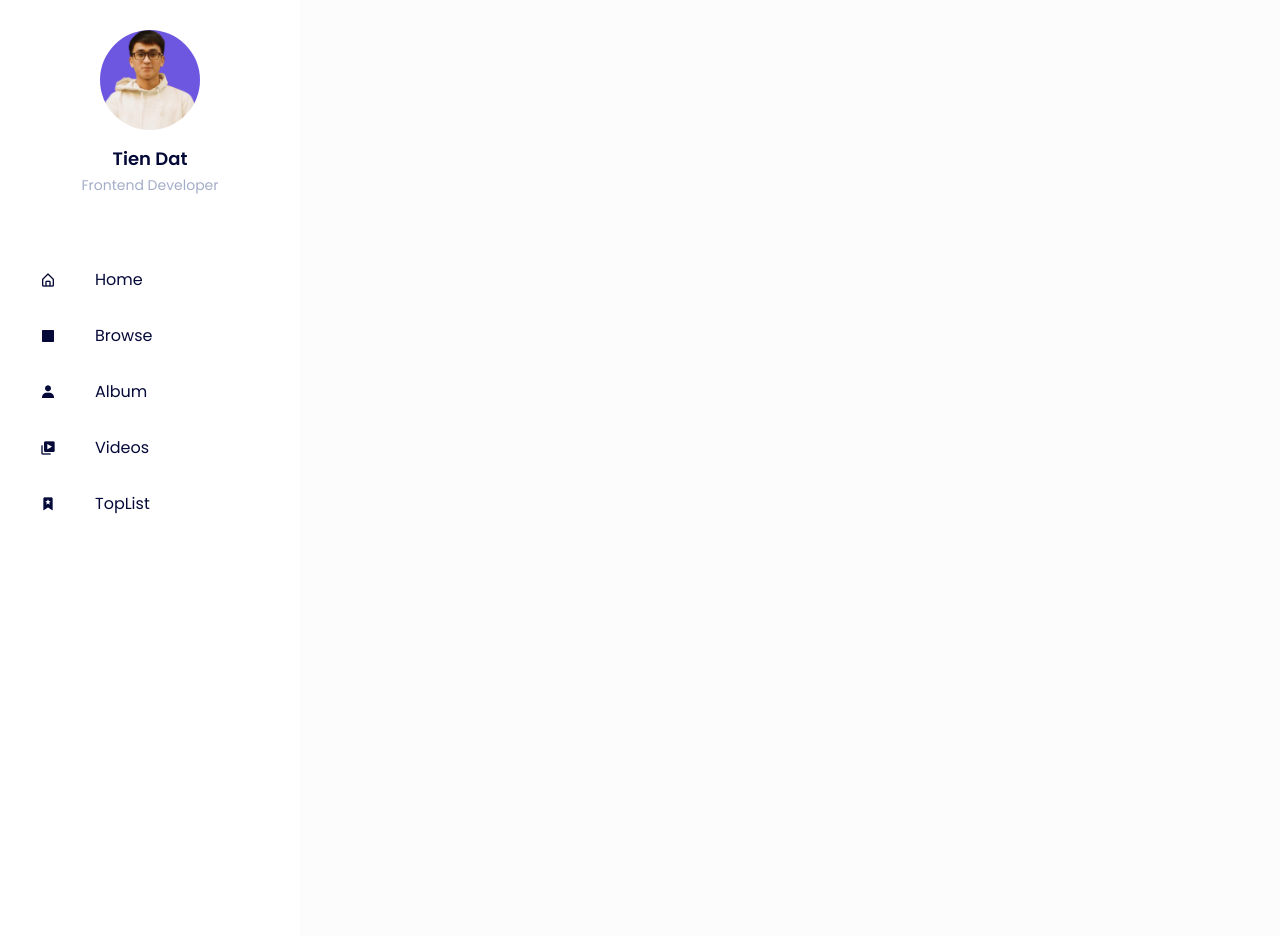
Repository: Datt21/music-webapp
Page: index.html
The author's editor kept a copy of each file at every save. The page is drawn from the files as they stood at one save, then again after the next save.
The browser window is 1280 px wide. The pictures show the whole page.
The style sheet was rebuilt from its Sass, Less or Tailwind sources for each picture, by a compiler version that may differ from the author's.

Above is the page before, as saved 2021-09-05 05:00:20.

After the next save:
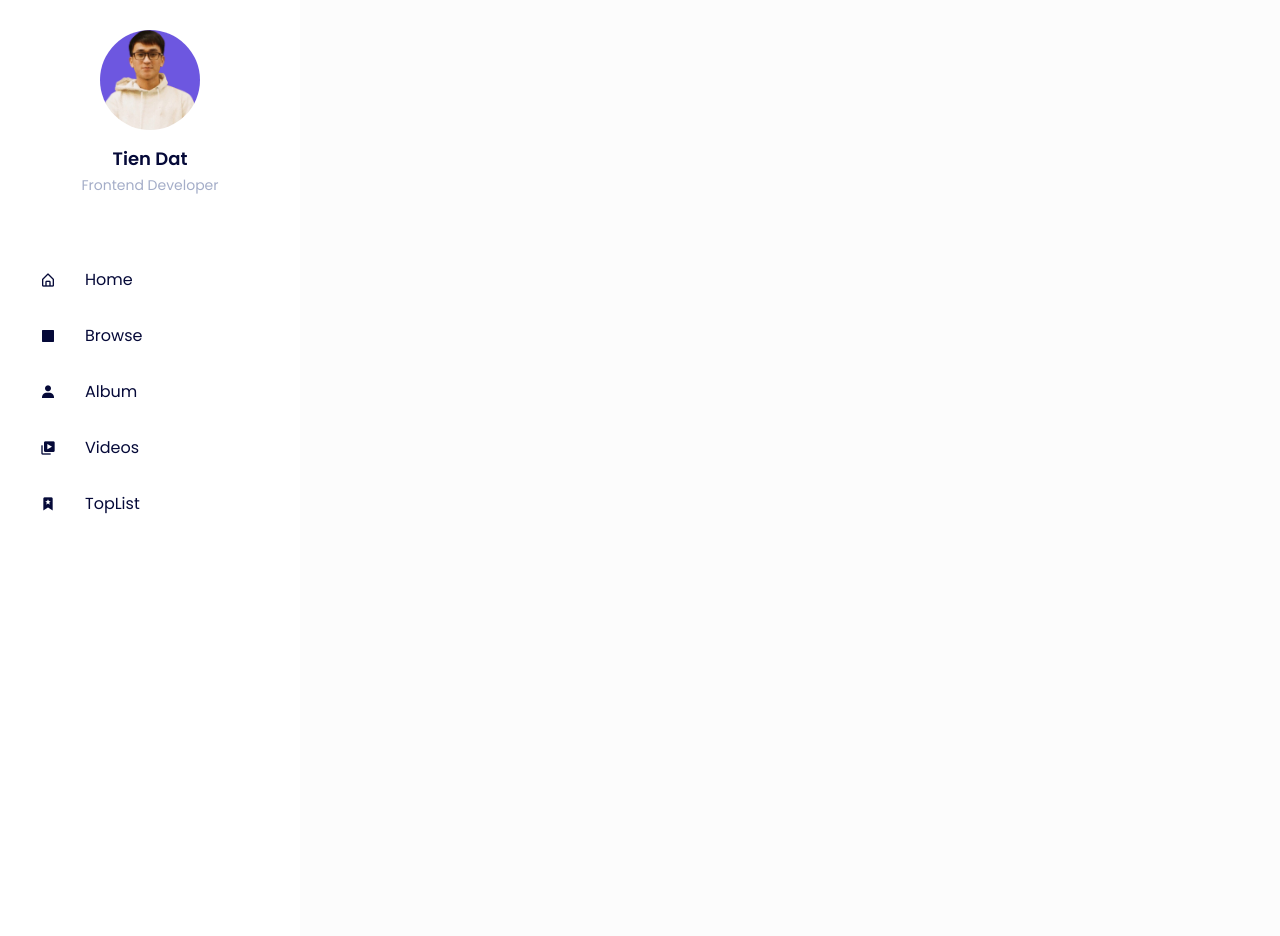
Saved 8 s later.
--- a/app.scss
+++ b/app.scss
@@ -107,6 +107,6 @@
     }
     &-icon {
         width: 25px;
-        margin-right: 30px;
+        margin-right: 20px;
     }
 }
